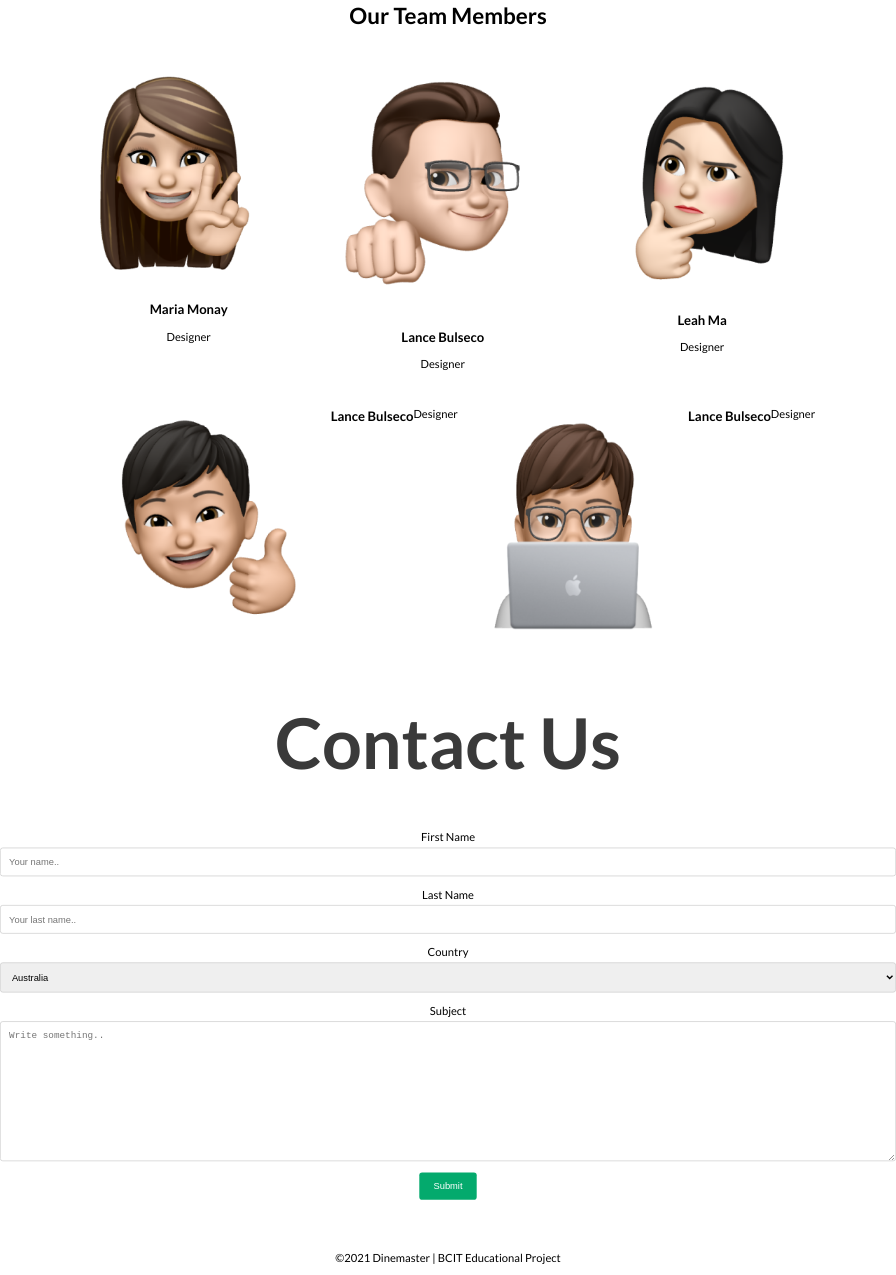
Repository: leahma1208/dinemaster
Page: index.html
The author's editor kept a copy of each file at every save. The page is drawn from the files as they stood at one save, then again after a run of saves.
The browser window is 1280 px wide. The pictures show the part of the page from y = 4237 to 6157 px (the page is 6059 px tall before and 6157 px after), at 70% of full size.
A picture or video elsewhere on the page could not be fetched, so the positions and the page height are approximate.

Above is the page before, as saved 2021-05-07 12:35:54.

After the next 2 saves:
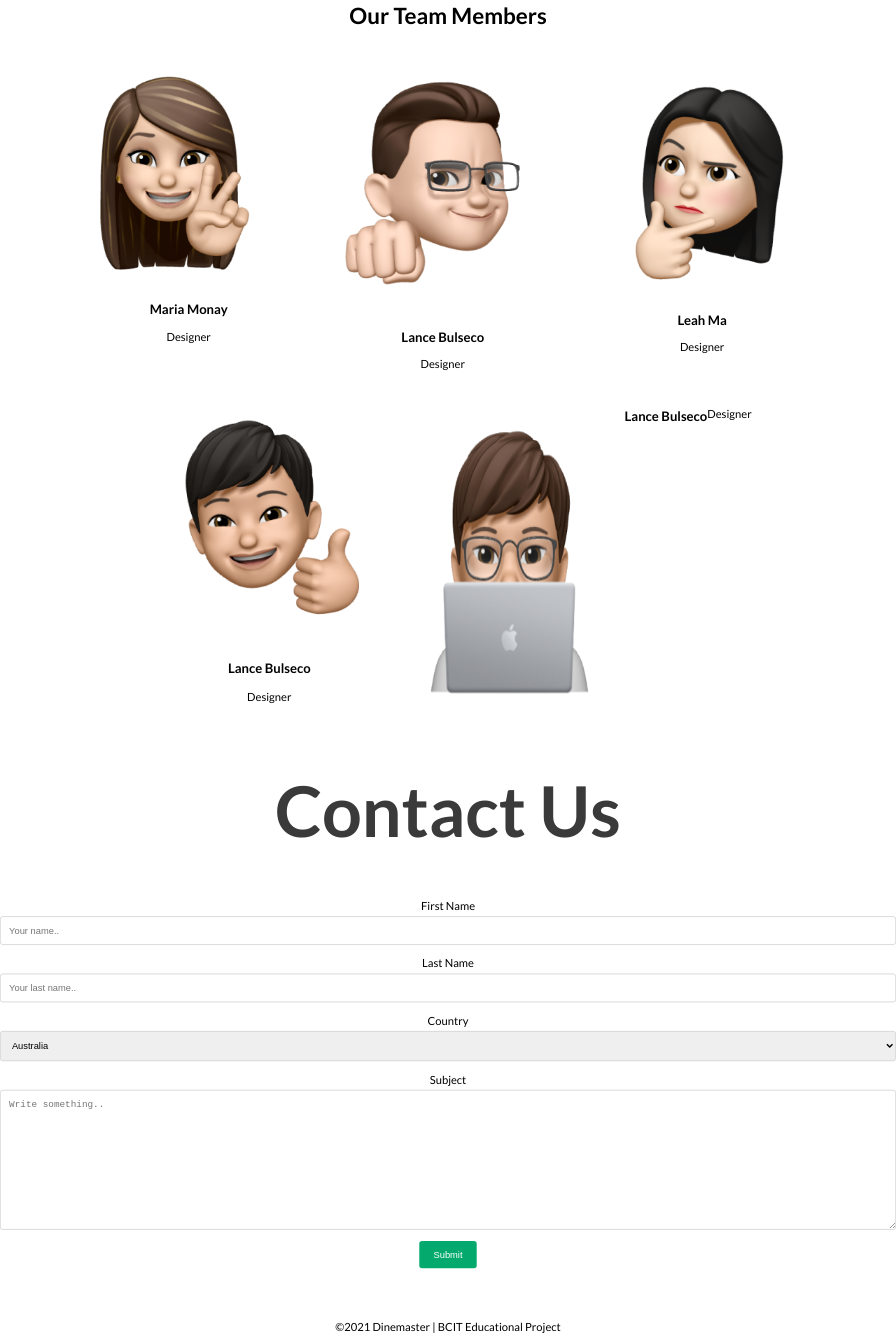
The 2 saves are shown as one change because they came seconds apart.
The last was saved 8 s later.
--- a/index.html
+++ b/index.html
@@ -96,7 +96,7 @@
                 <div><img src="/img/39f8df7f1b6dbd378f3a219a0ab0f1ef-sticker 1.png" alt="Leah Ma"><h3 class="names">Leah Ma</h3><p class="names">Designer</p></div>
             </div>
             <div class="img2">
-               <div></div> <img src="/img/2f48eec3970b26064700bd96f6fee4a5-sticker 1.png" alt="Justin Tsen"><h3 class="names">Lance Bulseco</h3><p class="names">Designer</p>
+               <div><img src="/img/2f48eec3970b26064700bd96f6fee4a5-sticker 1.png" alt="Justin Tsen"><h3 class="names">Lance Bulseco</h3><p class="names">Designer</p></div>
                 <img src="/img/4bc877a33df24f9d52337a4e7bfaca46-sticker 1.png" alt="Jason Zhao"><h3 class="names">Lance Bulseco</h3><p class="names">Designer</p>
             </div>
         </div>
